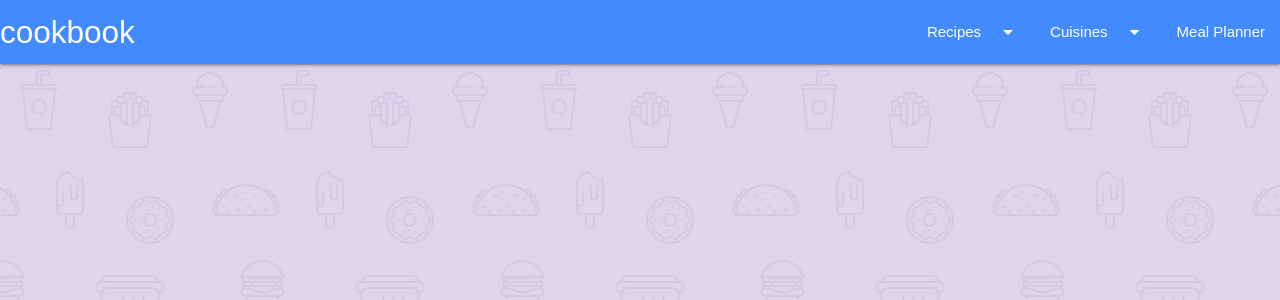
Repository: connor-blackburn/gutsy
Page: http://localhost/
The author's editor kept a record of every edit. The page is drawn from the files as they stood at one moment, then again after the next edit.
The browser window is 1280 px wide. The pictures show the whole page.
The page is served by the project's application, run on Flask 3 (app.py). Queries for data that is not in the repository find no rows.

Above is the page before.

### templates/recipes.html
{% extends 'base.html' %} {% block content %} {% for recipe in recipes %}

<ul class="collapsible popout">
    <li>
        <div class="collapsible-header"><i class="material-icons">restaurant_menu</i>{{recipe.cuisine_name}} - {{recipe.dish_name}} - {{recipe.dish_difficulty}}</div>
        <div class="collapsible-body"><span>
            <h4>{{recipe.dish_name}}</4>
            <h5>Ingredients:</h5>
            <ul>
                <li>{{recipe.ingredient_1}}</li>
                <li>{{recipe.ingredient_2}}</li>
                <li>{{recipe.ingredient_3}}</li>
                <li>{{recipe.ingredient_4}}</li>
                <li>{{recipe.ingredient_5}}</li>
                <li>{{recipe.ingredient_6}}</li>
                <li>{{recipe.ingredient_7}}</li>
                <li>{{recipe.ingredient_8}}</li>
                <li>{{recipe.ingredient_9}}</li>
            </ul>
            <br/>
            <h5>Steps:</h5>
            <ul>
                <li>1. {{recipe.step_1}}</li><br/>
                <li>2. {{recipe.step_2}}</li><br/>
                <li>3. {{recipe.step_3}}</li><br/>
                <li>4. {{recipe.step_4}}</li><br/>
            </ul>
        </span></div>
    </li>
    <li>
        <div class="collapsible-header"><i class="material-icons">restaurant_menu</i>Second</div>
        <div class="collapsible-body"><span>Lorem ipsum dolor sit amet.</span></div>
    </li>
    <li>
        <div class="collapsible-header"><i class="material-icons">restaurant_menu</i>Third</div>
        <div class="collapsible-body"><span>Lorem ipsum dolor sit amet.</span></div>
    </li>
</ul>

{% endfor %}
{% endblock %}

### templates/base.html
<!DOCTYPE html>
<html>

<head>
    <link href="https://fonts.googleapis.com/icon?family=Material+Icons" rel="stylesheet">
    <link rel="stylesheet" href="https://cdnjs.cloudflare.com/ajax/libs/materialize/1.0.0/css/materialize.min.css">
    <link href="https://fonts.googleapis.com/css?family=Acme&display=swap" rel="stylesheet">
    <link rel="stylesheet" href="{{ url_for('static', filename='css/style.css') }}" type="text/css" />
</head>

<body>
    <header>
        <ul id="dropdown1" class="dropdown-content">
            <li><a href="#!">View Recipes</a></li>
            <li class="divider"></li>
            <li><a href="#!">Create Recipes</a></li>
            <li class="divider"></li>
            <li><a href="#!">Edit Recipes</a></li>
        </ul>
        <ul id="dropdown2" class="dropdown-content">
            <li><a href="#!">View Cuisines</a></li>
            <li class="divider"></li>
            <li><a href="{{url_for('add_cuisine')}}">Create Cuisines</a></li>
            <li class="divider"></li>
            <li><a href="#!">Edit Cuisines</a></li>
        </ul>
        <ul id="dropdown3" class="dropdown-content">
            <li><a href="#!">View Recipes</a></li>
            <li class="divider"></li>
            <li><a href="#!">Create Recipes</a></li>
            <li class="divider"></li>
            <li><a href="#!">Edit Recipes</a></li>
        </ul>
        <ul id="dropdown4" class="dropdown-content">
            <li><a href="#!">View Cuisines</a></li>
            <li class="divider"></li>
            <li><a href="#!">Create Cuisines</a></li>
            <li class="divider"></li>
            <li><a href="#!">Edit Cuisines</a></li>
        </ul>
        <nav>
            <div class="nav-wrapper blue accent-2">
                <a href="#!" class="brand-logo">cookbook</a>
                <a href="#" data-target="mobile-demo" class="sidenav-trigger"><i class="material-icons">menu</i></a>
                <ul class="right hide-on-med-and-down">
                    <li><a class="dropdown-trigger" href="#!" data-target="dropdown1">Recipes<i class="material-icons right">arrow_drop_down</i></a></li>
                    <li><a class="dropdown-trigger" href="#!" data-target="dropdown2">Cuisines<i class="material-icons right">arrow_drop_down</i></a></li>
                    <li><a href="collapsible.html">Meal Planner</a></li>
                </ul>
            </div>
        </nav>

        <ul class="sidenav" id="mobile-demo">
            <li><a class="dropdown-trigger" href="#!" data-target="dropdown3">Recipes<i class="material-icons right">arrow_drop_down</i></a></li>
            <li><a class="dropdown-trigger" href="#!" data-target="dropdown4">Cuisines<i class="material-icons right">arrow_drop_down</i></a></li>
            <li><a href="collapsible.html">Meal Planner</a></li>
        </ul>
    </header>
    {% block content %} {% endblock %}

    <script type="text/javascript" src="https://cdnjs.cloudflare.com/ajax/libs/jquery/3.4.1/jquery.min.js"></script>
    <script src="https://cdnjs.cloudflare.com/ajax/libs/materialize/1.0.0/js/materialize.min.js"></script>
    <script type="text/javascript">
        $(document).ready(function() {
            $('.dropdown-trigger').dropdown();
            $('.collapsible').collapsible();
            $('.sidenav').sidenav();
            $('select').formSelect();
        });
    </script>


</body>

</html>

### app.py
import os
from flask import Flask, render_template, redirect, request, url_for
from flask_pymongo import PyMongo
from bson.objectid import ObjectId

app = Flask(__name__)

app.config["MONGO_DBNAME"] = 'cookbook'
app.config["MONGO_URI"] = os.environ.get('MONGO_URI')

mongo = PyMongo(app)

@app.route('/')
@app.route('/get_recipes')
def hello():
    return render_template('recipes.html', recipes=mongo.db.recipes.find())

@app.route('/add_cuisine')
def add_cuisine():
    return render_template('addcuisine.html',
    cuisines=mongo.db.cuisines.find())

@app.route('/insert_cuisine', methods=['POST'])
def insert_cuisine():
    cuisines = mongo.db.cuisines
    cuisines.insert_one(request.form.to_dict())
    return redirect(url_for('add_cuisine'))

if __name__ == '__main__':
    app.run(host=os.environ.get('IP'),
        port=int(os.environ.get('PORT')),
        debug=True)

Loaded but not shown: static/css/style.css (library)

After the next edit:
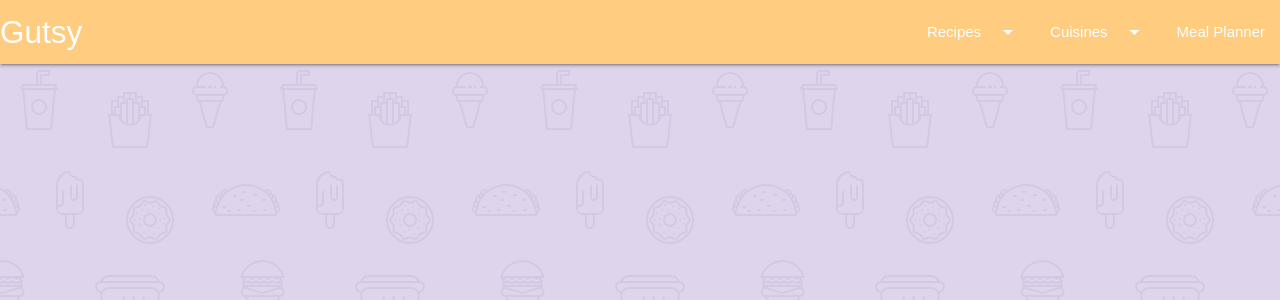
The edit:
--- a/templates/base.html
+++ b/templates/base.html
@@ -39,8 +39,8 @@
             <li><a href="#!">Edit Cuisines</a></li>
         </ul>
         <nav>
-            <div class="nav-wrapper blue accent-2">
-                <a href="#!" class="brand-logo">cookbook</a>
+            <div class="nav-wrapper orange lighten-3">
+                <a href="#!" class="brand-logo">Gutsy</a>
                 <a href="#" data-target="mobile-demo" class="sidenav-trigger"><i class="material-icons">menu</i></a>
                 <ul class="right hide-on-med-and-down">
                     <li><a class="dropdown-trigger" href="#!" data-target="dropdown1">Recipes<i class="material-icons right">arrow_drop_down</i></a></li>
